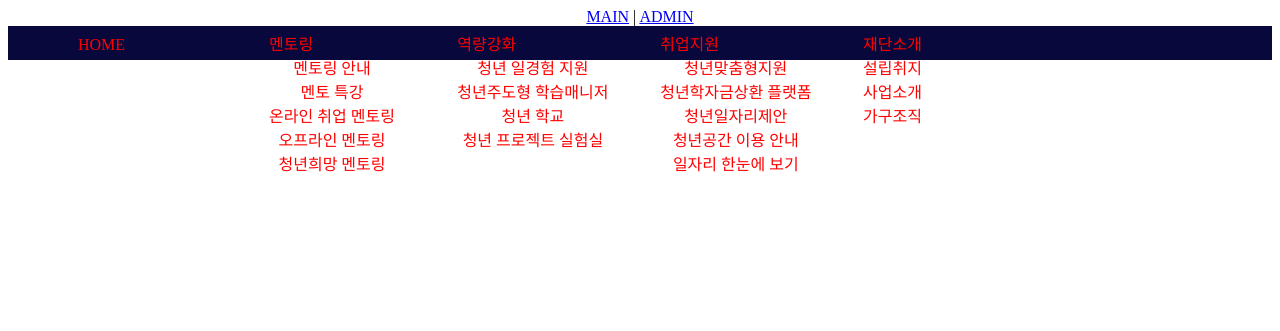
Repository: nywogud/promoPoli
Page: http://localhost/poli/WEB-INF/views/home.jsp
An editor plug-in stored every save of this project. The page is shown before and after the next save, followed by the edit.
The browser window is 1280 px wide. The pictures show the whole page.
The page is served by Tomcat 9. Nobody is signed in. Other server files are loaded and not shown. The template is opened directly, without the code that normally fills it, so the values that code supplies are empty.

Above is the page before, as saved 2021-06-29 12:03:09.

### workspace/poli/src/main/webapp/WEB-INF/views/home.jsp
<%@ page language="java" contentType="text/html; charset=UTF-8" pageEncoding="UTF-8"%>
<%@ taglib uri="http://java.sun.com/jsp/jstl/core" prefix="c" %>
<%@ page session="false" %>
<html>
<head>
	<title>main</title>
	<style>
		ul, ol, li{
			list-style: none;
			margin: 0;
			padding: 0;
		}

		ul.main{color: red; background: rgb(8,8,61);}

		ul.main > li {
			display: inline-block; width: fit-content; padding: 5px 10px;
			 text-align: center; margin-left: 60px; margin-right: 60px;
		}

		ul.main > li ul.sub {/*display: none;*/ position:absolute;}



	</style>
</head>
<body>
	<div style="text-align: center;">
		<label><a href="/">MAIN</a></label>
		<label>|</label>
		<label><a href="#">ADMIN</a></label>
	</div>
	<div id="navHovBar">
		<ul class="main">
			<li class="main1">HOME</li>
			<li class="main2">
				멘토링
				<ul class="main2Sub sub">
					<li>멘토링 안내</li>
					<li>멘토 특강</li>
					<li>온라인 취업 멘토링</li>
					<li>오프라인 멘토링</li>
					<li>청년희망 멘토링</li>
				</ul>
			</li>
			<li class="main3">
				역량강화
				<ul class="main3Sub sub">
					<li>청년 일경험 지원</li>
					<li>청년주도형 학습매니저</li>
					<li>청년 학교</li>
					<li>청년 프로젝트 실험실</li>
				</ul>
			</li>
			<li class="main4">
				취업지원
				<ul class="main4Sub sub">
					<li>청년맞춤형지원</li>
					<li>청년학자금상환 플랫폼</li>
					<li>청년일자리제안</li>
					<li>청년공간 이용 안내</li>
					<li>일자리 한눈에 보기</li>
				</ul>
			</li>
			<li class="main5">
				재단소개
				<ul class="main5Sub sub">
					<li>설립취지</li>
					<li>사업소개</li>
					<li>가구조직</li>
				</ul>
			</li>
		</ul>
	</div>
</body>
</html>

After the next save:
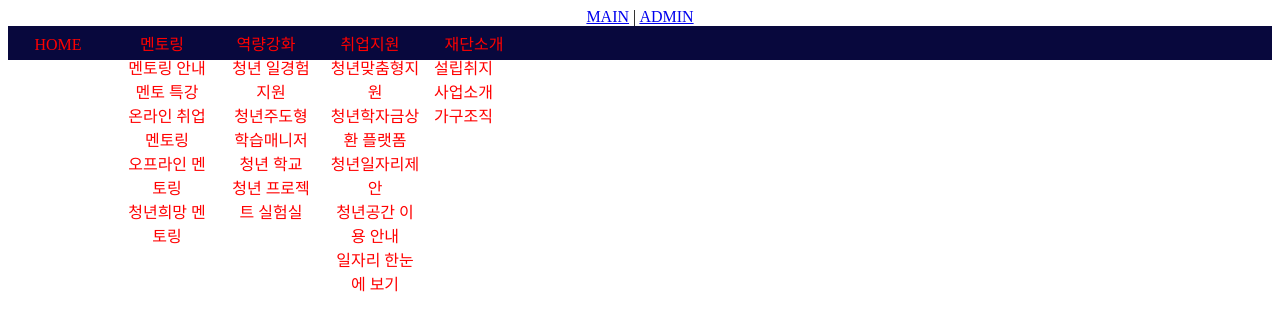
Saved 71 s later.
--- a/workspace/poli/src/main/webapp/WEB-INF/views/home.jsp
+++ b/workspace/poli/src/main/webapp/WEB-INF/views/home.jsp
@@ -14,8 +14,8 @@
 		ul.main{color: red; background: rgb(8,8,61);}
 
 		ul.main > li {
-			display: inline-block; width: fit-content; padding: 5px 10px;
-			 text-align: center; margin-left: 60px; margin-right: 60px;
+			display: inline-block; width: 80px; padding: 5px 10px;
+			 text-align: center; position: relative;
 		}
 
 		ul.main > li ul.sub {/*display: none;*/ position:absolute;}
